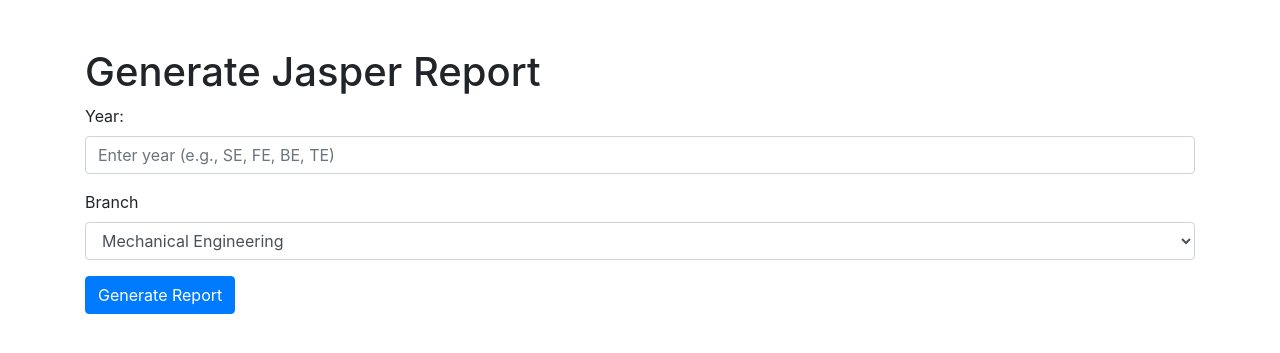
Repository: supranshu/CrystalReportGenerator
Page: http://localhost/generate_report
An editor plug-in stored every save of this project. The page is shown before and after the next save, followed by the edit.
The browser window is 1280 px wide. The pictures show the whole page.
The page is this project's Thymeleaf template; nobody is signed in. The template is opened directly, without the code that normally fills it, so the values that code supplies are empty.

Above is the page before, as saved 2023-07-25 12:54:32.

After the next save:
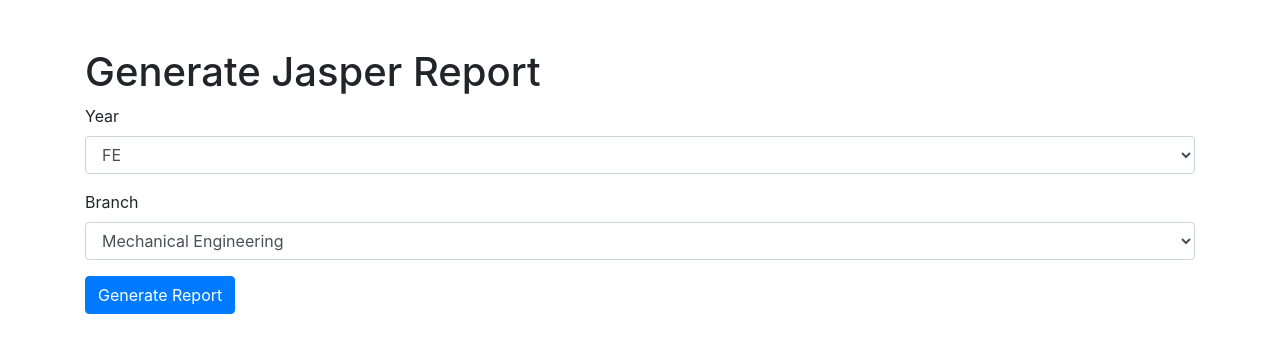
Saved 13 s later.
--- a/com.report/src/main/resources/templates/generate_report.html
+++ b/com.report/src/main/resources/templates/generate_report.html
@@ -11,8 +11,13 @@
         <h1>Generate Jasper Report</h1>
         <form th:action="@{/generate-report}" method="get" target="_blank">
             <div class="form-group">
-                <label for="year">Year:</label>
-                <input type="text" class="form-control" id="year" name="year" placeholder="Enter year (e.g., SE, FE, BE, TE)">
+                <label for="year">Year</label>
+                <select class="form-control" id="year" name="year" required>
+                    <option value="FE">FE</option>
+                    <option value="SE">SE</option>
+                    <option value="TE">TE</option>
+                    <option value="BE">BE</option>
+                </select>
             </div>
             <div class="form-group">
                 <label for="branch">Branch</label>
